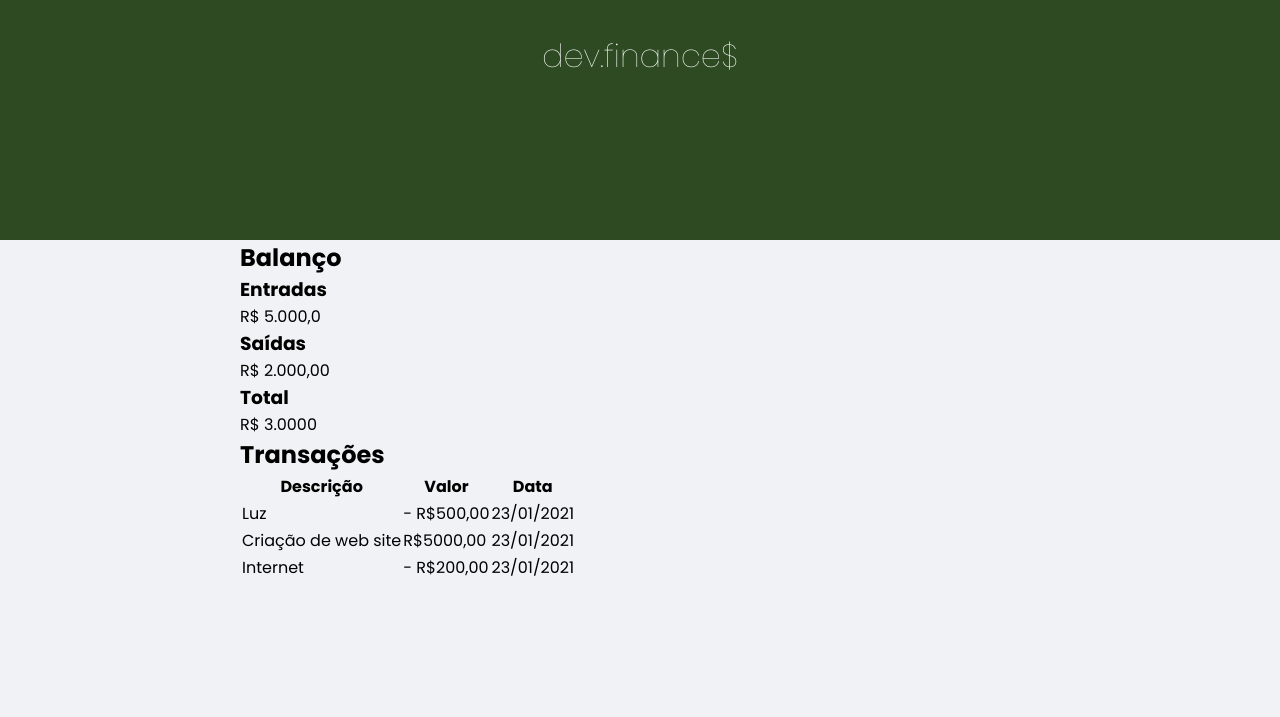
Repository: rafaelmgr12/maratona-dev01
Page: index.html
An editor plug-in stored every save of this project. The page is shown before and after the next save, followed by the edit.
The browser window is 1280 px wide. The pictures show the whole page.

Above is the page before, as saved 2021-04-26 20:26:53.

After the next save:
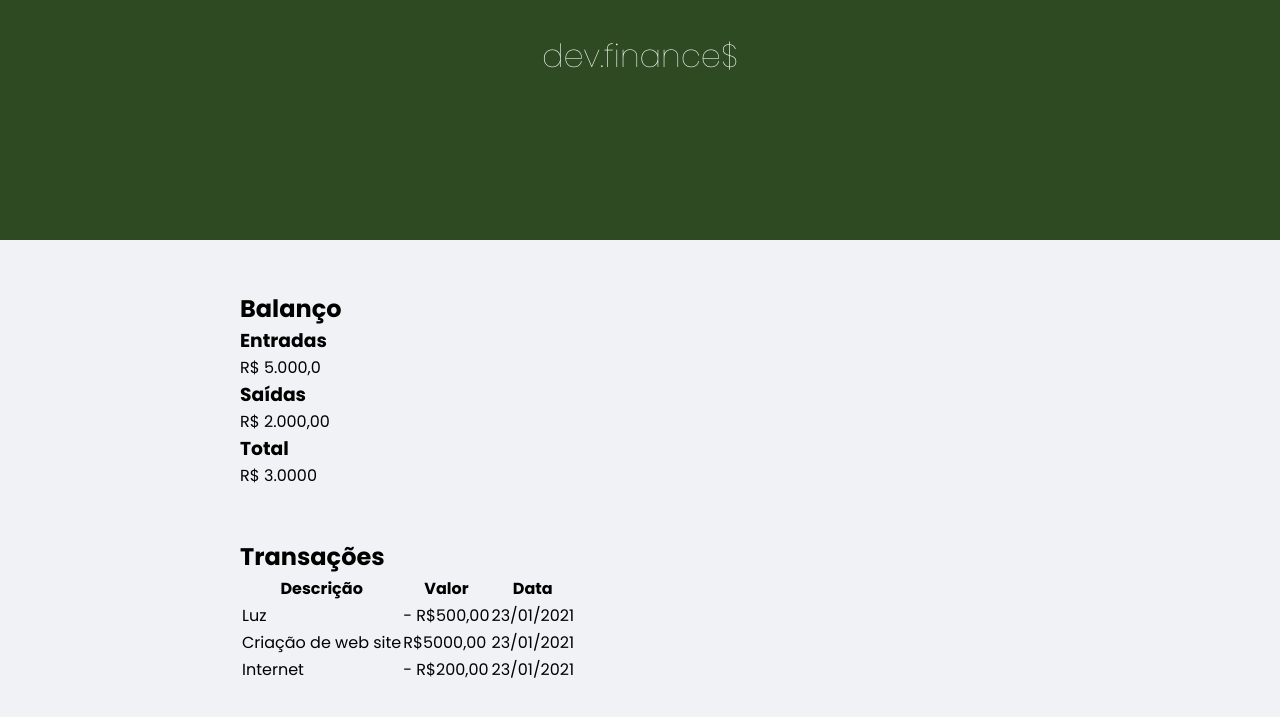
Saved 28 s later.
--- a/style.css
+++ b/style.css
@@ -15,6 +15,11 @@ body {
   width: min(90vw, 800px);
   margin: auto;
 }
+/* Titles ======================================== */
+h2{
+    margin-top: 3.2rem;
+}
+
 /* Header ======================================== */
 header {
   background: #2d4a22;
